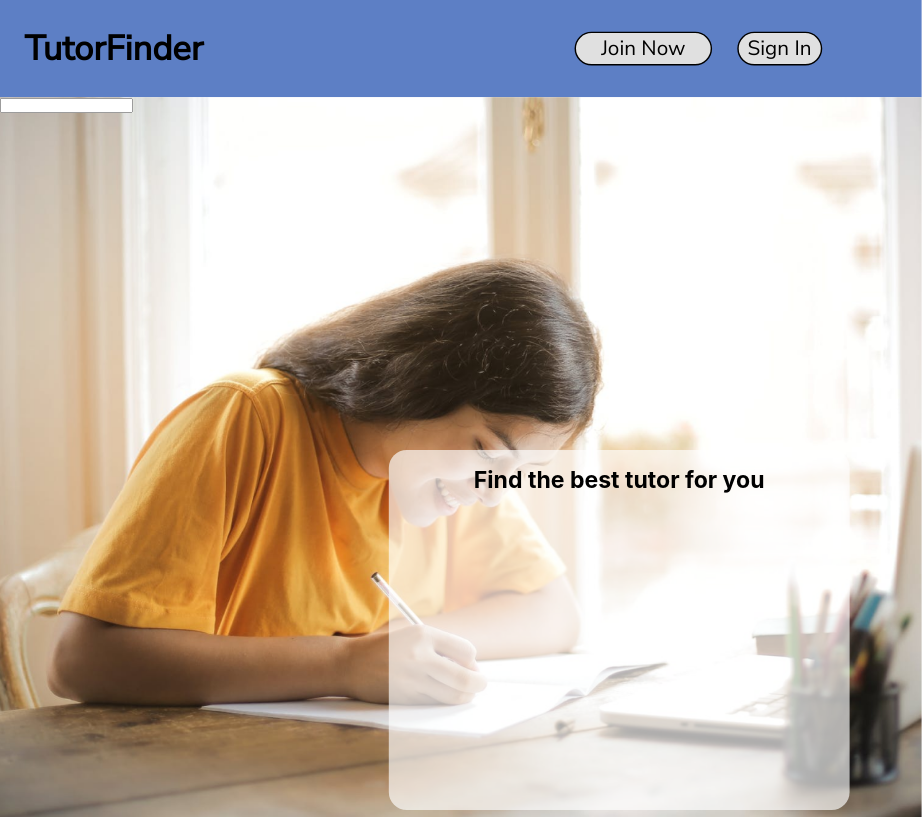
Repository: uprm-inso-4117-2020-2021-s2/semester-project-uprm-inso-4117-2020-2021-s2-team-7
Page: / (app in tutorfinder/)
The author's editor kept a copy of each file at every save. The page is drawn from the files as they stood at one save, then again after the next save.
The browser window is 1280 px wide. The pictures show the whole page, at 72% of full size.
The project was rebuilt for these pictures with package versions that can differ from the ones it lists, and the page was loaded fresh each time. Also part of the build but not shown: tutorfinder/src/App.css.

Above is the page before, as saved 2021-03-29 23:26:30.

### tutorfinder/src/App.js
import React from "react";
import './App.css';
import Nav from './Nav.js';
import Welcome from "./Welcome";




function App() {
  return (

      <div className="">

        <Nav />
     <Welcome/>

      </div>

  );
}



export default App;

### tutorfinder/src/Nav.js
import React from "react";
import "./App.css";
import "./Nav.css"

class Nav extends React.Component {

  render(){

  return (
    <div className="">
  <table className="navBar">
      <tr>
          <td className="left"><h1 className="title">TutorFinder</h1></td>

          <td className="middle "><button className="buttons buttonLetters ">Join Now</button></td>
          <td className="right"><button className="buttons buttonLetters">Sign In</button></td>
      </tr>
      </table>

    </div>
  );
}
}

export default Nav;

### tutorfinder/src/Welcome.js
import React from "react";
import "./App.css";
import "./Welcome.css"
import foto from "./assets/bg.png"

class Welcome extends React.Component {

  render(){

  return (
    <div className="background">

 <div className="square">
<h1>Find the best tutor for you</h1>
<p></p>
 </div>

 <div>
<input type="text"></input>
 </div>

    </div>
  );
}
}

export default Welcome;

### tutorfinder/src/Nav.css
@import url("https://fonts.googleapis.com/css2?family=Nunito+Sans&display=swap");

.title {
  font-family: "Nunito Sans", sans-serif;
  font-style: normal;
  font-weight: bold;
  font-size: 48px;
  line-height: 65px;

}

.navBar {
    table-layout: fixed;
  background-color: #5d7fc5;
  width: 100%;
}

.buttons {
  background: #e0e0e0;
  border-radius: 45px;
  outline: none;
  border-style: solid;

}

.buttonLetters {
  font-family: "Nunito Sans", sans-serif;
  font-style: normal;
  font-weight: 300;
  font-size: 1.8em;
  line-height: 41px;
  text-align: center;
  padding-right: 10%;
  padding-left: 10%;

}

.left{
text-align: left;
padding-left: 2.5%;
width: 50%;
}

.right{
    text-align: left;
    padding-right: 10%;
    width: 20%;
}

.middle{
    /* background-color: red; */
    text-align: right;
    padding-right: 2.5%;
}

### tutorfinder/src/Welcome.css



.background{
background-image: url("./assets/bg.png");
height: 1000px;
width: 100% !important;
position:relative;
}

.square{
    background: rgba(255, 255, 255, 0.65);
border-radius: 25px;
text-align: center;
position:absolute;
top:50%;
left:50%;
width :50%;
height:50%;
margin-left:-100px;
margin-top:-10px;
}

Loaded but not shown: tutorfinder/public/index.html (common file); tutorfinder/src/index.js (common file); tutorfinder/src/index.css (common file); tutorfinder/src/reportWebVitals.js (common file)

After the next save:
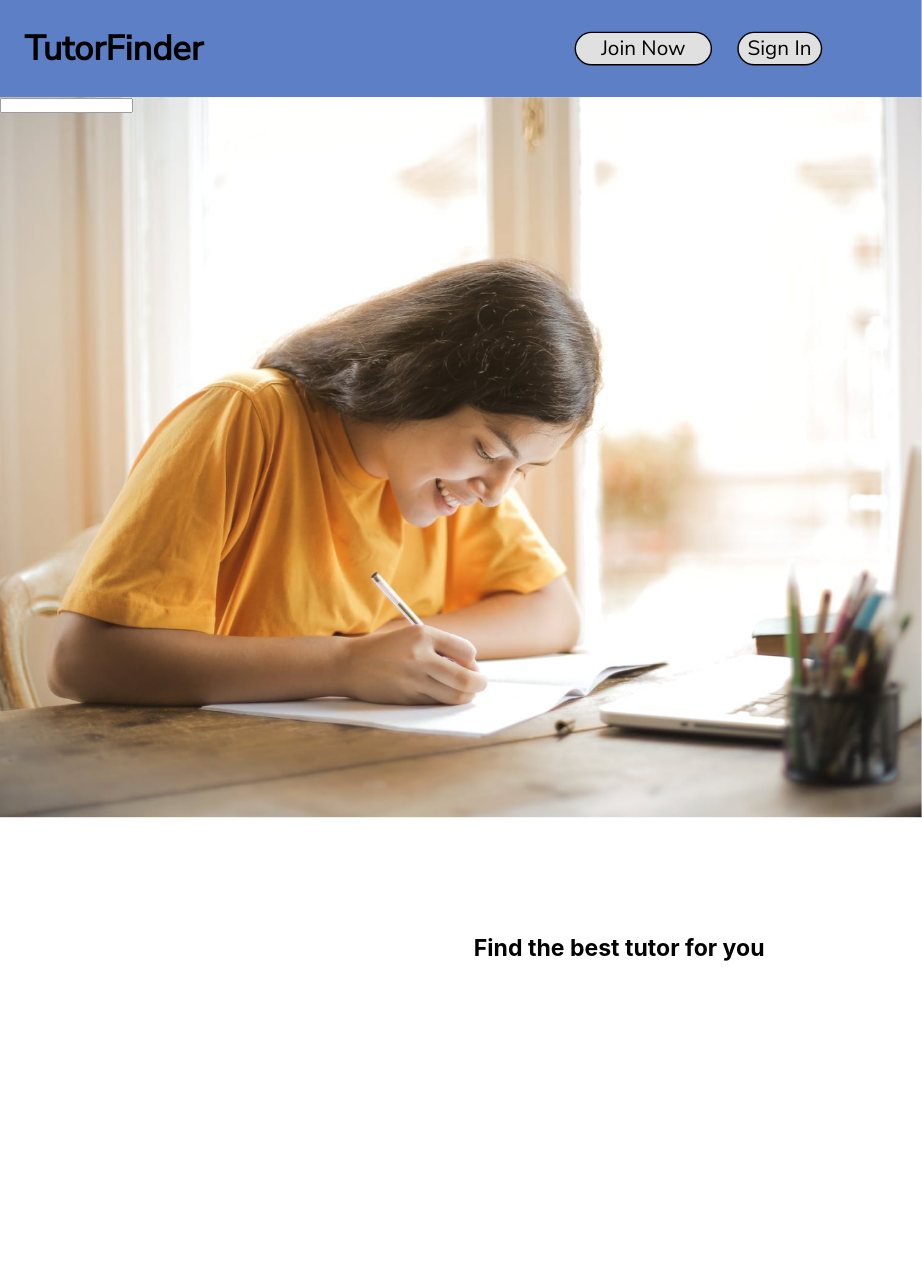
Saved 12 s later.
--- a/tutorfinder/src/Welcome.css
+++ b/tutorfinder/src/Welcome.css
@@ -18,5 +18,5 @@ left:50%;
 width :50%;
 height:50%;
 margin-left:-100px;
-margin-top:-10px;
+margin-top:50%;
 }
